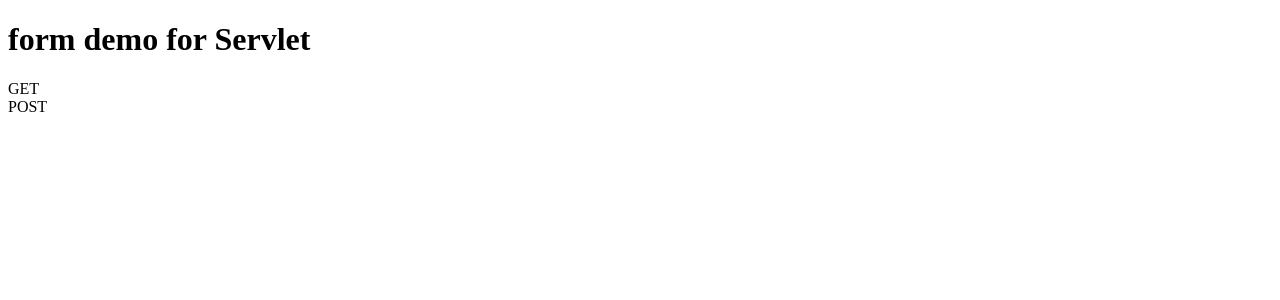
Repository: nguyentruong2303/projectJave
Page: webShop/WebContent/index.html
These files come from the project's save history. The page is drawn as it stood at one moment and after the next save; the edit follows.
The browser window is 1280 px wide. The pictures show the whole page.

Above is the page before, as saved 2020-08-10 09:17:01.

### webShop/WebContent/index.html
<!DOCTYPE html>
<html>
<head>
<meta charset="UTF-8">
<title>Req & Res demo</title>
</head>
<body>
	<h1>form demo for Servlet</h1>

	<div> GET <br/>
	<form method="get"action="login1">

	</form>
	</div>
	<div> POST <br/>
	<form method="post"action="login2">

	</form>
	</div>
</body>
</html>

After the next save:
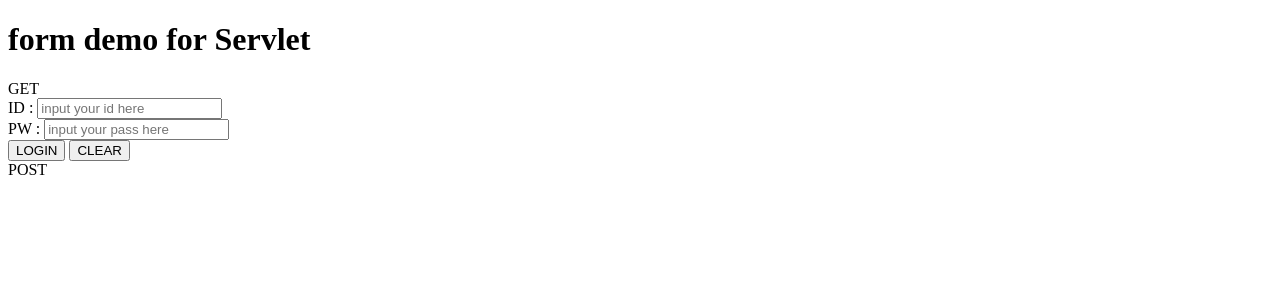
Saved 3 min 25 s later.
--- a/webShop/WebContent/index.html
+++ b/webShop/WebContent/index.html
@@ -9,7 +9,12 @@
 
 	<div> GET <br/>
 	<form method="get"action="login1">
-
+		ID : <input type="text" name="uname" placeholder="input your id here">
+		<br/>
+		PW : <input type="password" name="upass" placeholder="input your pass here">
+		<br/>
+		<input type="submit" value="LOGIN">
+		<input type="reset" value="CLEAR">
 	</form>
 	</div>
 	<div> POST <br/>
